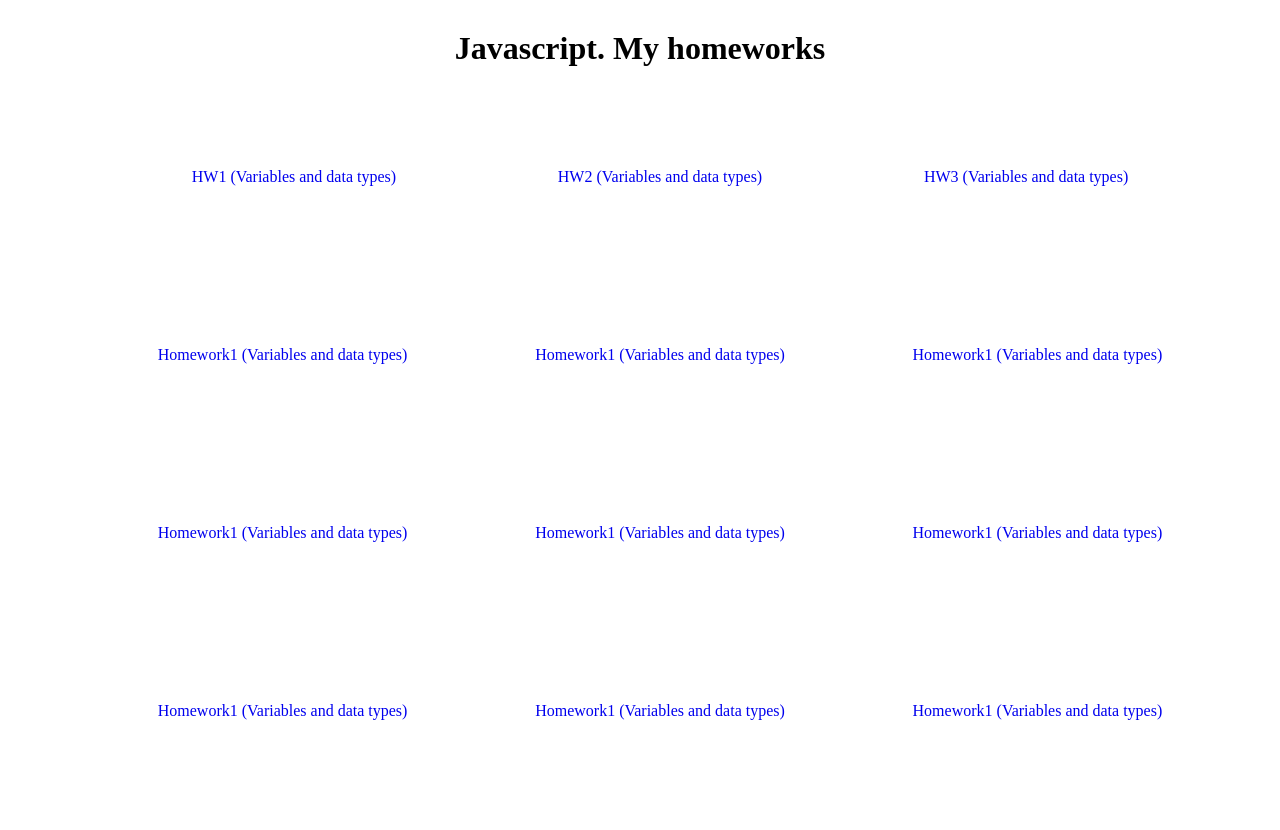
Repository: mariiastetsko/cursor-js-hw
Page: index.html
The author's editor kept a copy of each file at every save. The page is drawn from the files as they stood at one save, then again after the next save.
The browser window is 1280 px wide. The pictures show the whole page.

Above is the page before, as saved 2020-07-22 19:37:58.

After the next save:
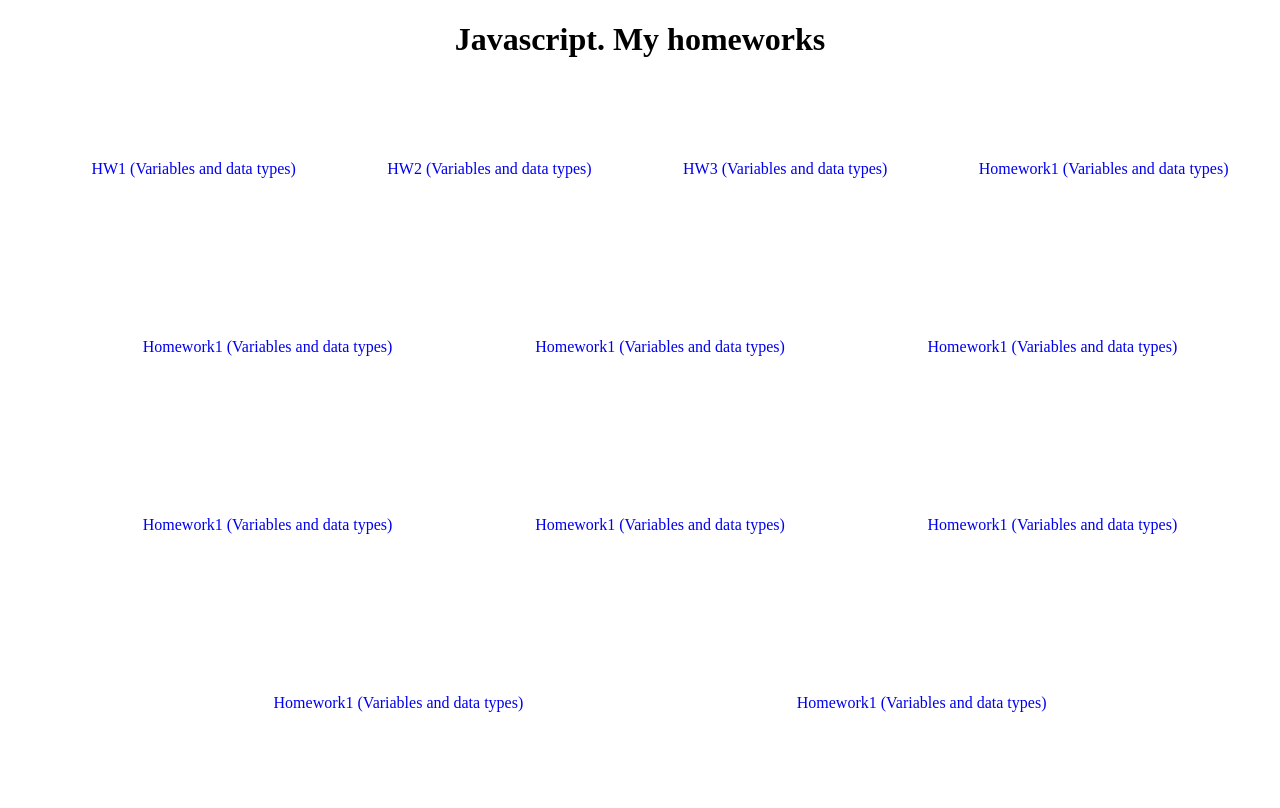
Saved 5 s later.
--- a/style.css
+++ b/style.css
@@ -3,7 +3,7 @@
 }
 
 body {
-    margin: 30px;
+    margin: auto;
     padding: 0; */
     width: 1200px;
     min-height: 100vh;
